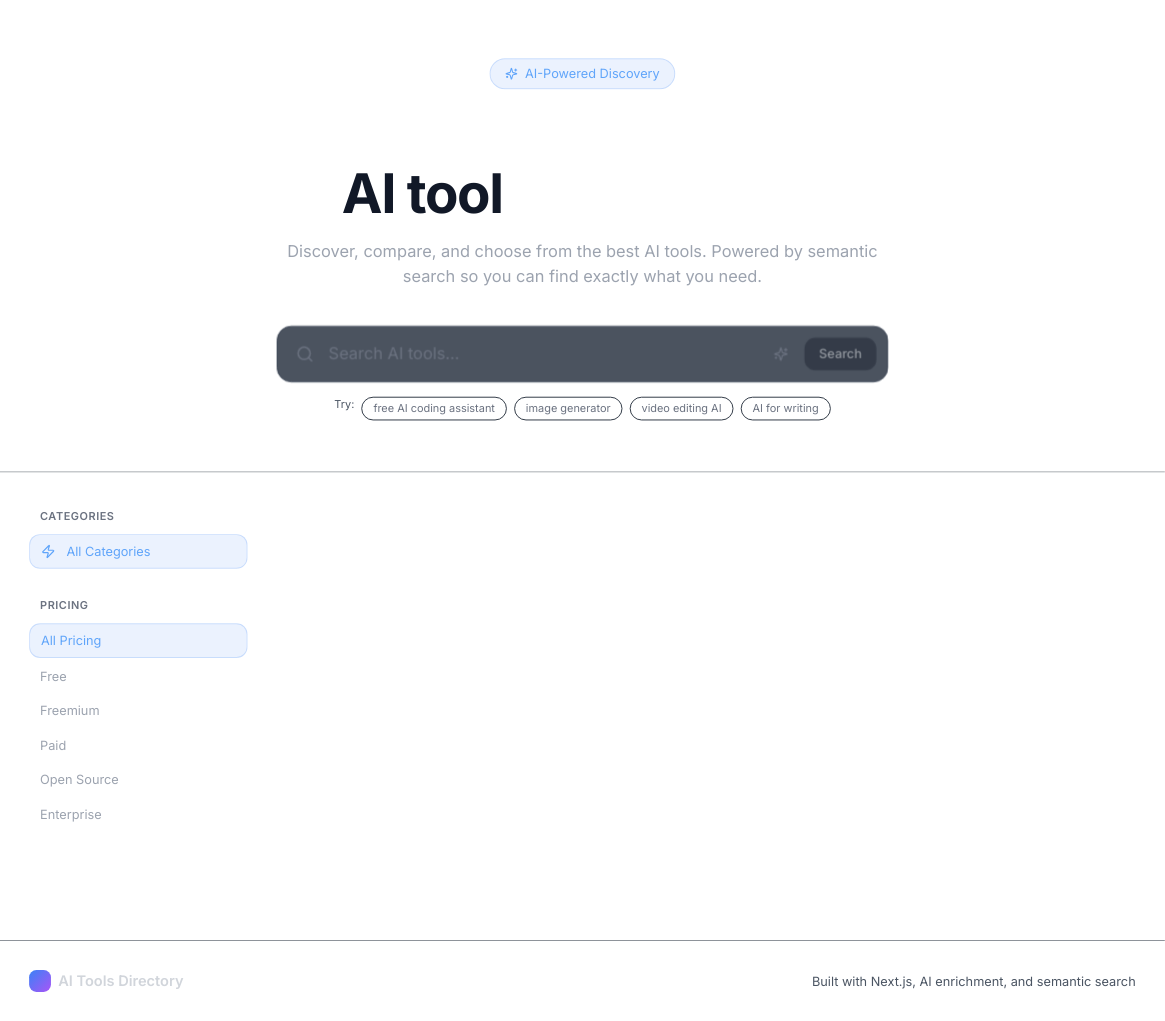
Repository: roshanreddy118/AI-tools-directory
Page: /
An editor plug-in stored every save of this project. The page is shown before and after the next save, followed by the edit.
The browser window is 1280 px wide. The pictures show the whole page, at 91% of full size.
The page's requests for data from a server got no answer. The project was rebuilt for these pictures with package versions that can differ from the ones it lists, and the page was loaded fresh each time. The framework's server and built-in components were replaced by stand-ins that run in the browser. No one was signed in, and anything a server would have sent is missing. Also part of the build but not shown: next.config.mjs, src/components/ToolCard.tsx.

Above is the page before, as saved 2026-08-27 20:22:53.

After the next save:
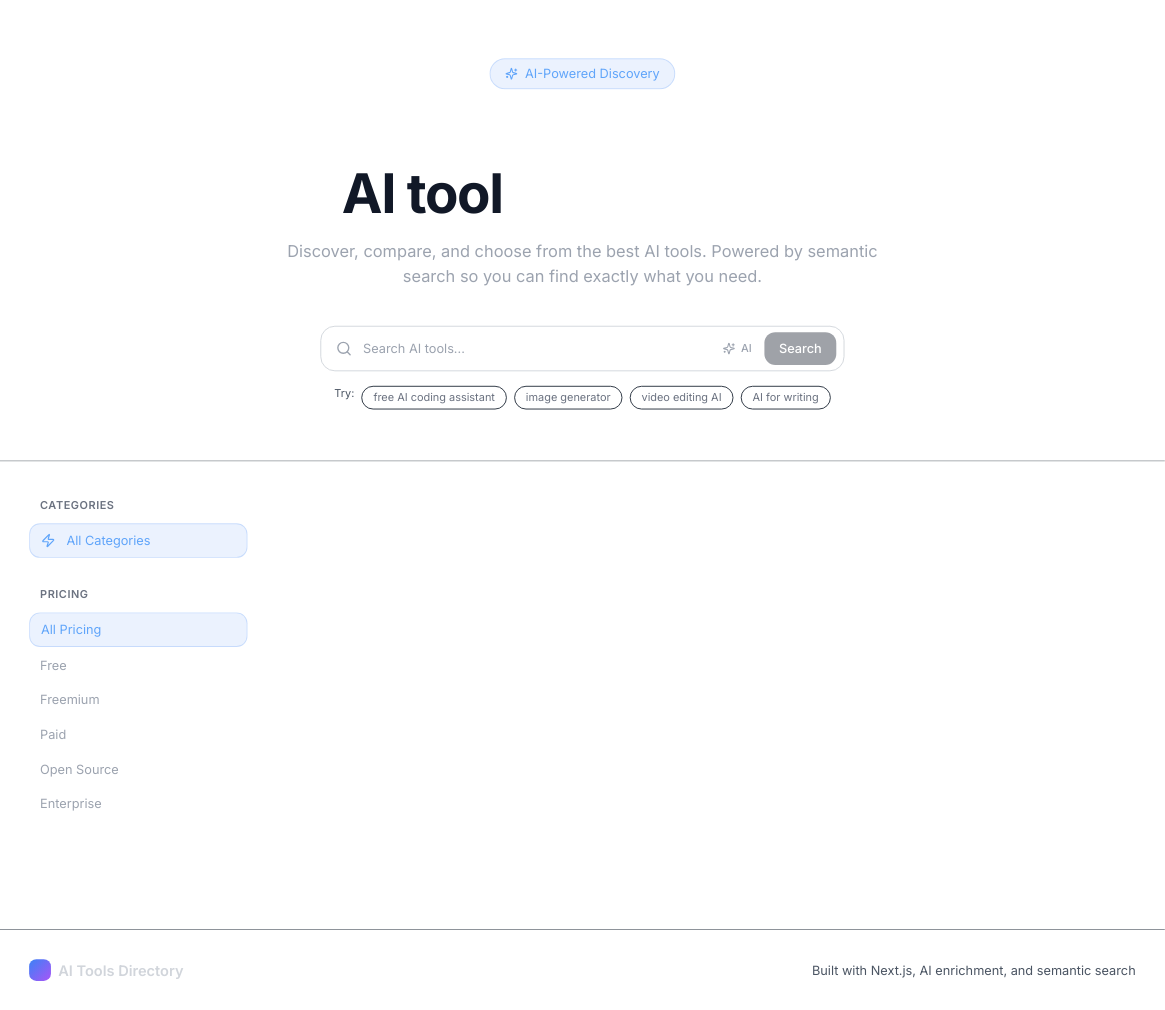
Saved 15 s later.
--- a/src/components/SearchBar.tsx
+++ b/src/components/SearchBar.tsx
@@ -20,54 +20,50 @@ export function SearchBar({ onSearch, isLoading }: SearchBarProps) {
   };
 
   return (
-    <form onSubmit={handleSubmit} className="w-full max-w-2xl mx-auto">
-      <div className="relative group">
-        {/* Glow effect */}
-        <div className="absolute -inset-1 bg-gradient-to-r from-blue-600/20 via-purple-600/20 to-pink-600/20 rounded-2xl blur-lg opacity-0 group-focus-within:opacity-100 transition-opacity" />
+    <form onSubmit={handleSubmit} className="w-full max-w-xl mx-auto">
+      <div className="relative flex items-center border border-gray-300 rounded-2xl bg-white focus-within:border-indigo-400 focus-within:ring-4 focus-within:ring-indigo-500/10 transition-all">
+        <div className="pl-4">
+          {isAIMode ? (
+            <Sparkles className="h-[18px] w-[18px] text-indigo-500" />
+          ) : (
+            <Search className="h-[18px] w-[18px] text-gray-400" />
+          )}
+        </div>
 
-        <div className="relative flex items-center bg-gray-800/80 border border-gray-700 rounded-2xl backdrop-blur-sm focus-within:border-blue-500/50 transition-colors">
-          <div className="pl-5">
-            {isAIMode ? (
-              <Sparkles className="h-5 w-5 text-purple-400" />
-            ) : (
-              <Search className="h-5 w-5 text-gray-500" />
-            )}
-          </div>
+        <input
+          type="text"
+          value={query}
+          onChange={(e) => setQuery(e.target.value)}
+          placeholder={
+            isAIMode
+              ? "Describe what you need..."
+              : "Search AI tools..."
+          }
+          className="flex-1 px-3 py-3.5 bg-transparent text-gray-900 placeholder-gray-400 outline-none text-sm"
+          disabled={isLoading}
+        />
 
-          <input
-            type="text"
-            value={query}
-            onChange={(e) => setQuery(e.target.value)}
-            placeholder={
+        <div className="flex items-center gap-1.5 pr-2">
+          <button
+            type="button"
+            onClick={() => setIsAIMode(!isAIMode)}
+            className={`p-2 rounded-lg transition-all text-xs font-medium flex items-center gap-1.5 ${
               isAIMode
-                ? "Ask anything... e.g. 'free AI tool for removing backgrounds'"
-                : "Search AI tools..."
-            }
-            className="flex-1 px-4 py-4 bg-transparent text-gray-100 placeholder-gray-500 outline-none text-lg"
-            disabled={isLoading}
-          />
-
-          <div className="flex items-center gap-2 pr-3">
-            <button
-              type="button"
-              onClick={() => setIsAIMode(!isAIMode)}
-              className={`p-2.5 rounded-xl transition-all ${
-                isAIMode
-                  ? "bg-purple-500/20 text-purple-400 border border-purple-500/30"
-                  : "text-gray-500 hover:text-gray-300 hover:bg-gray-700/50"
-              }`}
-              title={isAIMode ? "AI Search active" : "Switch to AI search"}
-            >
-              <Sparkles className="h-4 w-4" />
-            </button>
-            <button
-              type="submit"
-              disabled={isLoading || !query.trim()}
-              className="btn-primary"
-            >
-              {isLoading ? "..." : "Search"}
-            </button>
-          </div>
+                ? "bg-indigo-50 text-indigo-600"
+                : "text-gray-400 hover:text-gray-600 hover:bg-gray-50"
+            }`}
+            title={isAIMode ? "AI Search active" : "Enable AI search"}
+          >
+            <Sparkles className="h-3.5 w-3.5" />
+            <span className="hidden sm:inline">{isAIMode ? "AI" : "AI"}</span>
+          </button>
+          <button
+            type="submit"
+            disabled={isLoading || !query.trim()}
+            className="btn-primary"
+          >
+            {isLoading ? "..." : "Search"}
+          </button>
         </div>
       </div>
     </form>
